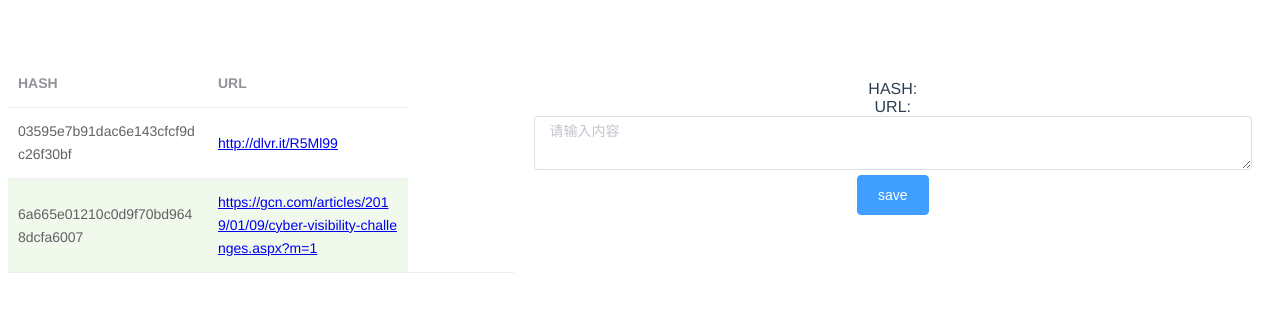
Repository: NicoleGX/TI
Page: /
The author's editor kept a copy of each file at every save. The page is drawn from the files as they stood at one save, then again after the next save.
The browser window is 1280 px wide. The pictures show the whole page.
The project was rebuilt for these pictures with package versions that can differ from the ones it lists, and the page was loaded fresh each time.

Above is the page before, as saved 2019-05-28 20:01:27.

### index.html
<!DOCTYPE html>
<html>
  <head>
    <meta charset="utf-8">
    <meta name="viewport" content="width=device-width,initial-scale=1.0">
    <title>cyberti</title>
  </head>
  <body>
    <div id="app"></div>
    <!-- built files will be auto injected -->
  </body>
</html>

### src/main.js
// The Vue build version to load with the `import` command
// (runtime-only or standalone) has been set in webpack.base.conf with an alias.
import Vue from 'vue'
import App from './App'
import router from './router'

import ElementUI from 'element-ui'
import 'element-ui/lib/theme-chalk/index.css';

Vue.use(ElementUI)

Vue.config.productionTip = false

/* eslint-disable no-new */
new Vue({
  el: '#app',
  router,
  components: { App },
  template: '<App/>'
})

### src/router/index.js
import Vue from 'vue'
import Router from 'vue-router'
import TextClassification from '@/views/TextClassification'

Vue.use(Router)

export default new Router({
  routes: [
    {
      path: '/',
      name: 'TextClassification',
      component: TextClassification
    }
  ]
})

### src/views/TextClassification.vue
<template>
  <el-container>
    <el-aside style="width: 40%">
      <el-table
        :data="tableData"
        style="width: 100%"
        :row-class-name="tableRowClassName">
        <el-table-column
          prop="hash"
          label="HASH"
          width="200">
        </el-table-column>
        <el-table-column
          prop="url"
          label="URL"
          width="200">
          <template slot-scope="scope">
            <a :href=scope.row.url
              target="_black"
              class="buttonText">{{scope.row.url}}</a>
          </template>
        </el-table-column>
      </el-table>
    </el-aside>
    <el-main style="width: 60%">
      <div>
        <span style="font-size: 16px;">HASH: </span>
      </div>
      <div>
        <span style="font-size: 16px;">URL: </span>
      </div>
      <el-input
        type="textarea"
        :autosize="{ minRows: 2, maxRows: 4}"
        placeholder="请输入内容"
        v-model="textarea2">
      </el-input>
      <el-button type="primary" style="margin: 5px 0;">save</el-button>
    </el-main>
  </el-container>
</template>

<script>
export default {
  name: 'textclassfication',
  methods: {
    tableRowClassName({row, rowIndex}) {
      if (row['edit'] == 0) {
        return 'warning-row';
      } else if (row['edit'] == 1) {
        return 'success-row';
      }
      return '';
    }
  },
  data() {
    return {
      tableData: [{
        hash: '03595e7b91dac6e143cfcf9dc26f30bf',
        url: 'http://dlvr.it/R5Ml99',
        edit: 0
      }, {
        hash: '6a665e01210c0d9f70bd9648dcfa6007',
        url: 'https://gcn.com/articles/2019/01/09/cyber-visibility-challenges.aspx?m=1',
        edit: 1
      }],
      textarea2: ''
    }
  }
}
</script>

<style>
.el-table {
  width: 100%!important;
}
.el-table .warning-row {
  background: #fff;
}

.el-table .success-row {
  background: #f0f9eb;
}
</style>

Loaded but not shown: src/App.vue (common file)

After the next save:
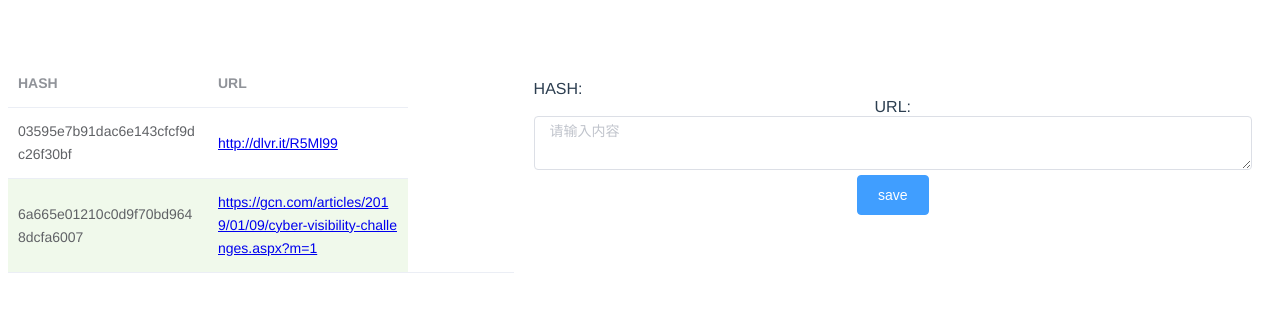
Saved 30 s later.
--- a/src/views/TextClassification.vue
+++ b/src/views/TextClassification.vue
@@ -23,7 +23,7 @@
       </el-table>
     </el-aside>
     <el-main style="width: 60%">
-      <div>
+      <div style="text-align: left;">
         <span style="font-size: 16px;">HASH: </span>
       </div>
       <div>
